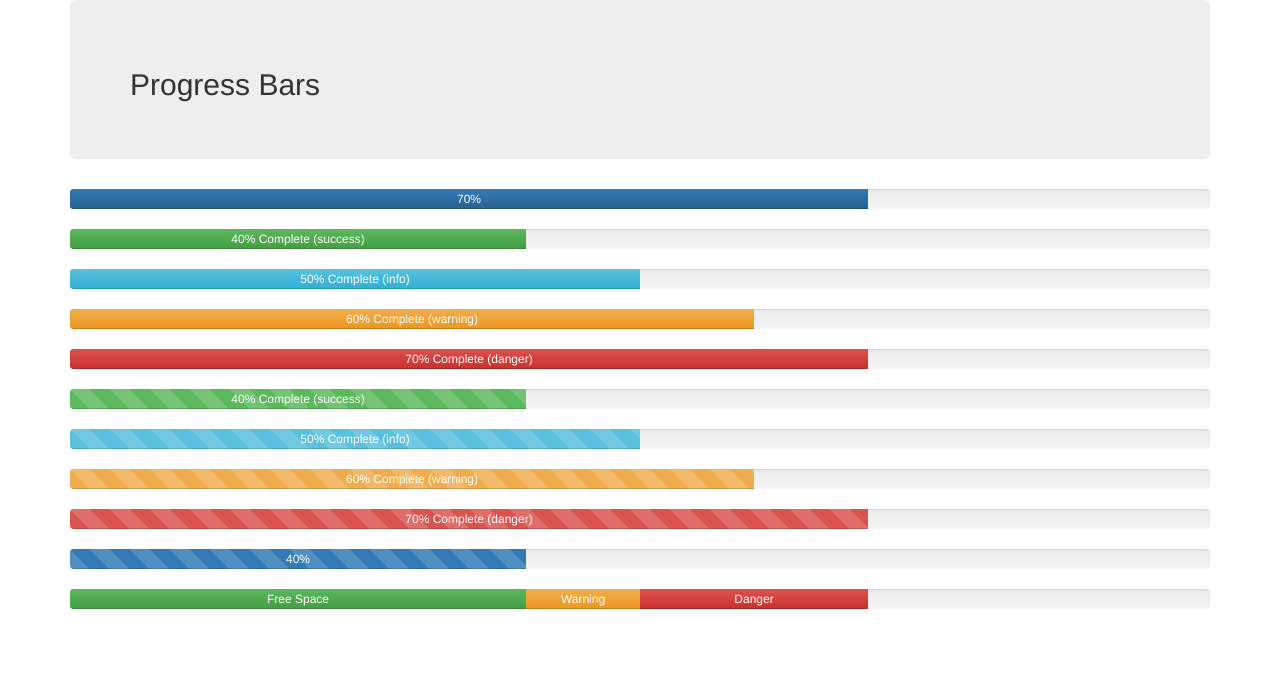
Repository: jksfoTemp/html-css-js
Page: -HTML5/bootstrap/progressbars.html
The author's editor kept a record of every edit. The page is drawn from the files as they stood at one moment, then again after the next edit.
The browser window is 1280 px wide. The pictures show the whole page.
Some web libraries are served in a nearby version.

Above is the page before.

### -HTML5/bootstrap/progressbars.html
<!DOCTYPE html>
<html lang="en">

<head>
    <title>Bootstrap - Progress Bars</title>
    <meta charset="utf-8">
    <meta name="viewport" content="width=device-width, initial-scale=1">

    <!-- <link rel="stylesheet" href="http://reset5.googlecode.com/hg/reset.min.css"> -->

    <!-- Latest compiled and minified CSS -->
    <link rel="stylesheet" href="https://maxcdn.bootstrapcdn.com/bootstrap/3.3.2/css/bootstrap.min.css">

    <!-- Optional theme -->
    <link rel="stylesheet" href="https://maxcdn.bootstrapcdn.com/bootstrap/3.3.2/css/bootstrap-theme.min.css">

    <script src="https://code.jquery.com/jquery-2.1.3.min.js"></script>

    <!-- Latest compiled and minified JavaScript -->
    <script src="https://maxcdn.bootstrapcdn.com/bootstrap/3.3.2/js/bootstrap.min.js">
    </script>

</head>

<body>
    <div class="container">
        <div class="jumbotron ">
            <h2>Progress Bars</h2>
        </div>

        <div class="progress">
            <div class="progress-bar" role="progressbar" aria-valuenow="70" aria-valuemin="0" aria-valuemax="100" style="width:70%">
                70%
            </div>
        </div>
        <div class="progress">
            <div class="progress-bar progress-bar-success" role="progressbar" aria-valuenow="40" aria-valuemin="0" aria-valuemax="100" style="width:40%">
                40% Complete (success)
            </div>
        </div>

        <div class="progress">
            <div class="progress-bar progress-bar-info" role="progressbar" aria-valuenow="50" aria-valuemin="0" aria-valuemax="100" style="width:50%">
                50% Complete (info)
            </div>
        </div>

        <div class="progress">
            <div class="progress-bar progress-bar-warning" role="progressbar" aria-valuenow="60" aria-valuemin="0" aria-valuemax="100" style="width:60%">
                60% Complete (warning)
            </div>
        </div>

        <div class="progress">
            <div class="progress-bar progress-bar-danger" role="progressbar" aria-valuenow="70" aria-valuemin="0" aria-valuemax="100" style="width:70%">
                70% Complete (danger)
            </div>
        </div>

        <div class="progress">
            <div class="progress-bar progress-bar-success progress-bar-striped" role="progressbar" aria-valuenow="40" aria-valuemin="0" aria-valuemax="100" style="width:40%">
                40% Complete (success)
            </div>
        </div>

        <div class="progress">
            <div class="progress-bar progress-bar-info progress-bar-striped" role="progressbar" aria-valuenow="50" aria-valuemin="0" aria-valuemax="100" style="width:50%">
                50% Complete (info)
            </div>
        </div>

        <div class="progress">
            <div class="progress-bar progress-bar-warning progress-bar-striped" role="progressbar" aria-valuenow="60" aria-valuemin="0" aria-valuemax="100" style="width:60%">
                60% Complete (warning)
            </div>
        </div>

        <div class="progress">
            <div class="progress-bar progress-bar-danger progress-bar-striped" role="progressbar" aria-valuenow="70" aria-valuemin="0" aria-valuemax="100" style="width:70%">
                70% Complete (danger)
            </div>
        </div>
        <div class="progress">
            <div class="progress-bar progress-bar-striped active" role="progressbar" aria-valuenow="40" aria-valuemin="0" aria-valuemax="100" style="width:40%">
                40%
            </div>
        </div>
        <div class="progress">
            <div class="progress-bar progress-bar-success" role="progressbar" style="width:40%">
                Free Space
            </div>
            <div class="progress-bar progress-bar-warning" role="progressbar" style="width:10%">
                Warning
            </div>
            <div class="progress-bar progress-bar-danger" role="progressbar" style="width:20%">
                Danger
            </div>
        </div>
    </div>
</body>

</html>

After the next edit:
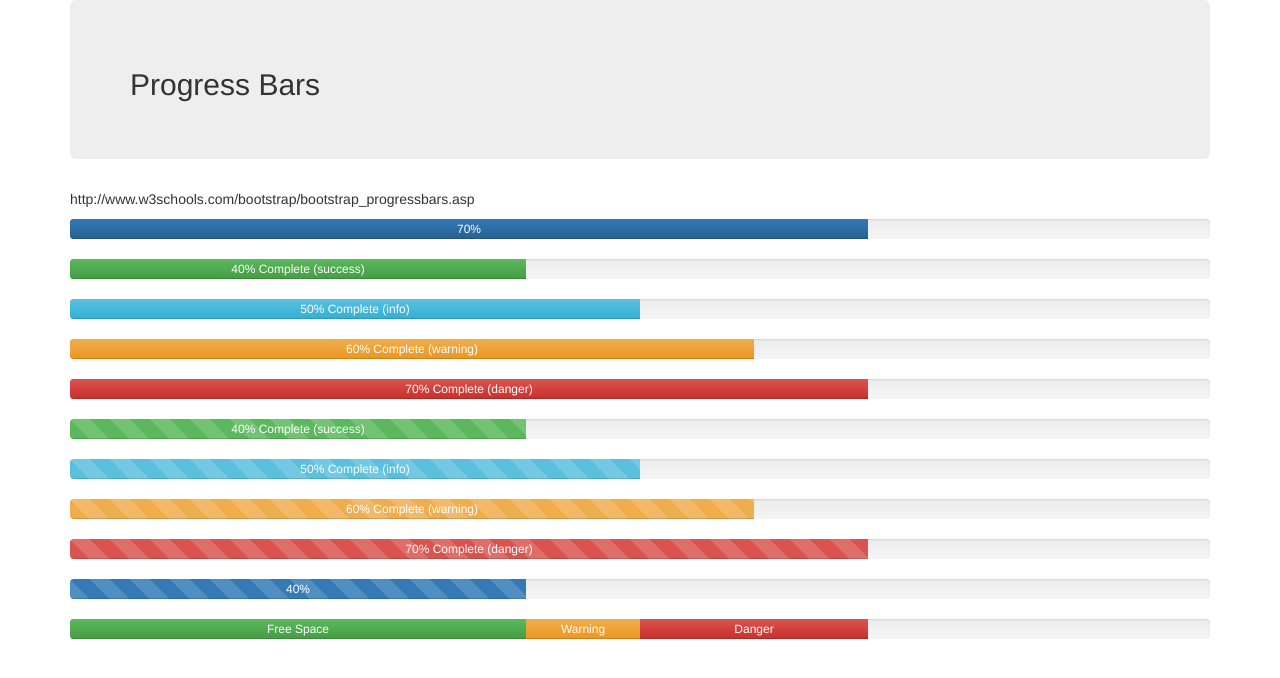
The edit:
--- a/-HTML5/bootstrap/progressbars.html
+++ b/-HTML5/bootstrap/progressbars.html
@@ -27,7 +27,8 @@
         <div class="jumbotron ">
             <h2>Progress Bars</h2>
         </div>
-
+        http://www.w3schools.com/bootstrap/bootstrap_progressbars.asp
+        <p></p>
         <div class="progress">
             <div class="progress-bar" role="progressbar" aria-valuenow="70" aria-valuemin="0" aria-valuemax="100" style="width:70%">
                 70%
